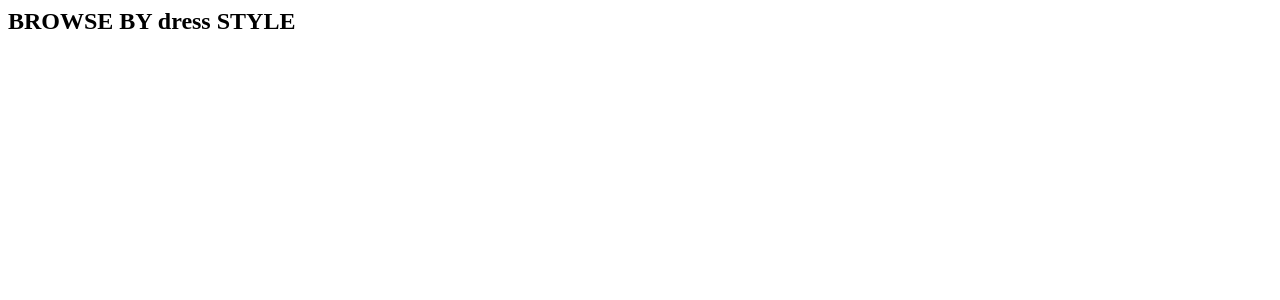
Repository: jekakoba/shop-co
Page: src/html/components/browse/_browse.html
These files come from the project's save history. The page is drawn as it stood at one moment and after the next save; the edit follows.
The browser window is 1280 px wide. The pictures show the whole page.

Above is the page before, as saved 2025-03-05 13:21:45.

### src/html/components/browse/_browse.html
<section class="py-20">
	<div class="container">
		<div class="py-[76px] px-16 bg-c-gray rounded-primary">
			<h2 class="text-center px-16 not-last:mb-16 font-bold font-f-secondary leading-none text-5xl">BROWSE BY dress STYLE</h2>
		</div>
	</div>
</section>

After the next save:
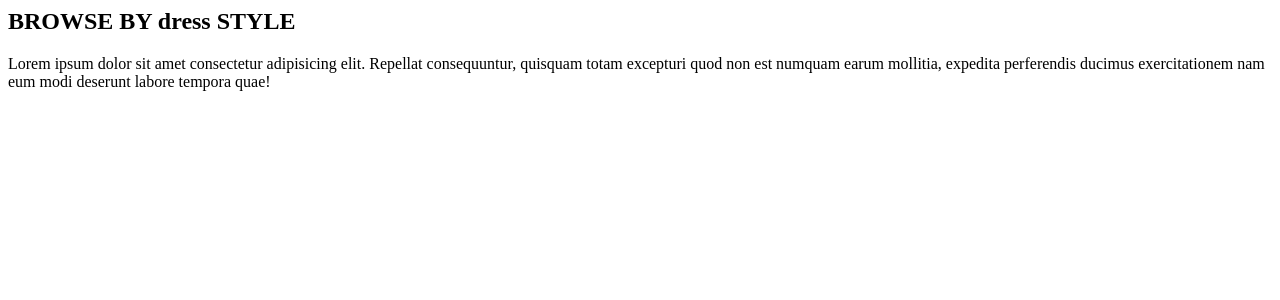
Saved 7 s later.
--- a/src/html/components/browse/_browse.html
+++ b/src/html/components/browse/_browse.html
@@ -2,6 +2,7 @@
 	<div class="container">
 		<div class="py-[76px] px-16 bg-c-gray rounded-primary">
 			<h2 class="text-center px-16 not-last:mb-16 font-bold font-f-secondary leading-none text-5xl">BROWSE BY dress STYLE</h2>
+			Lorem ipsum dolor sit amet consectetur adipisicing elit. Repellat consequuntur, quisquam totam excepturi quod non est numquam earum mollitia, expedita perferendis ducimus exercitationem nam eum modi deserunt labore tempora quae!
 		</div>
 	</div>
 </section>
